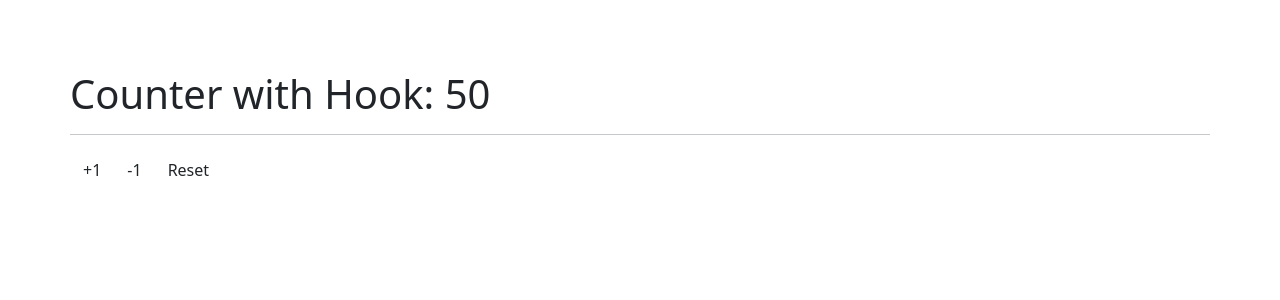
Repository: FlamesAlejandro/practicaReact
Page: /
An editor plug-in stored every save of this project. The page is shown before and after a run of saves, followed by the edit.
The browser window is 1280 px wide. The pictures show the whole page.
The project was rebuilt for these pictures with package versions that can differ from the ones it lists, and the page was loaded fresh each time.

Above is the page before, as saved 2021-05-25 07:49:26.

### public/index.html
<!DOCTYPE html>
<html lang="en">
  <head>
    <meta charset="utf-8" />
    <link rel="icon" href="%PUBLIC_URL%/favicon.ico" />
    <meta name="viewport" content="width=device-width, initial-scale=1" />
    <meta name="theme-color" content="#000000" />
    <meta
      name="description"
      content="Web site created using create-react-app"
    />

    <!--
      manifest.json provides metadata used when your web app is installed on a
      user's mobile device or desktop. See https://developers.google.com/web/fundamentals/web-app-manifest/
    -->
    <link rel="manifest" href="%PUBLIC_URL%/manifest.json" />
    <!--
      Notice the use of %PUBLIC_URL% in the tags above.
      It will be replaced with the URL of the `public` folder during the build.
      Only files inside the `public` folder can be referenced from the HTML.

      Unlike "/favicon.ico" or "favicon.ico", "%PUBLIC_URL%/favicon.ico" will
      work correctly both with client-side routing and a non-root public URL.
      Learn how to configure a non-root public URL by running `npm run build`.
    -->
       <!-- CSS only -->
<link href="https://cdn.jsdelivr.net/npm/bootstrap@5.0.1/dist/css/bootstrap.min.css" rel="stylesheet" integrity="sha384-+0n0xVW2eSR5OomGNYDnhzAbDsOXxcvSN1TPprVMTNDbiYZCxYbOOl7+AMvyTG2x" crossorigin="anonymous"></link>

    <title>Hooks App</title>
  </head>
  <body>
    <noscript>You need to enable JavaScript to run this app.</noscript>
    <div id="root"></div>
    <!--
      This HTML file is a template.
      If you open it directly in the browser, you will see an empty page.

      You can add webfonts, meta tags, or analytics to this file.
      The build step will place the bundled scripts into the <body> tag.

      To begin the development, run `npm start` or `yarn start`.
      To create a production bundle, use `npm run build` or `yarn build`.
    -->
  </body>
</html>

### src/index.js
import React from 'react';
import ReactDOM from 'react-dom';
// import { CounterApp } from './components/01-useState/CounterApp';
import { CounterWithCustomHook } from './components/01-useState/CounterWithCustomHook';
// import { HookApp } from './HookApp';

ReactDOM.render(

    <CounterWithCustomHook />,

  document.getElementById('root')
);

### src/components/01-useState/CounterWithCustomHook.js
import React from 'react';
import { useCounterM } from '../../hooks/useCounterM';
import './counter.css';

export const CounterWithCustomHook = () => {

    const { state, increment, decrement, reset} = useCounterM(50);

    return (
        <>
            <h1>Counter with Hook: { state }</h1>
            <hr />

            <button onClick={ () => increment(2) } className="btn"> +1 </button>
            <button onClick={ () => decrement(2) } className="btn"> -1 </button>
            <button onClick={ reset } className="btn"> Reset </button>

        </>
    )
}

### src/hooks/useCounterM.js
import { useState } from 'react';

export const useCounterM = (initialState = 10) => {

    const [state, setState] = useState(initialState)

    const increment = ( factor = 1 ) => {
        setState( state + factor );
    }

    const decrement = ( factor = 1 ) => {
        setState( state - factor );
    }

    const reset = () => {
        setState( initialState );
    }

    return {
        state,
        increment,
        decrement,
        reset
    };


}

### src/components/useEffect/simpleForm.js
import React from 'react'
import './effect.css'

export const SimpleForm = () => {
    return (
        <>
            <h1>useEffect</h1>
            <hr />

        </>
    )
}

Loaded but not shown: src/components/01-useState/counter.css (common file); src/components/useEffect/effect.css (common file)

After the next 3 saves:
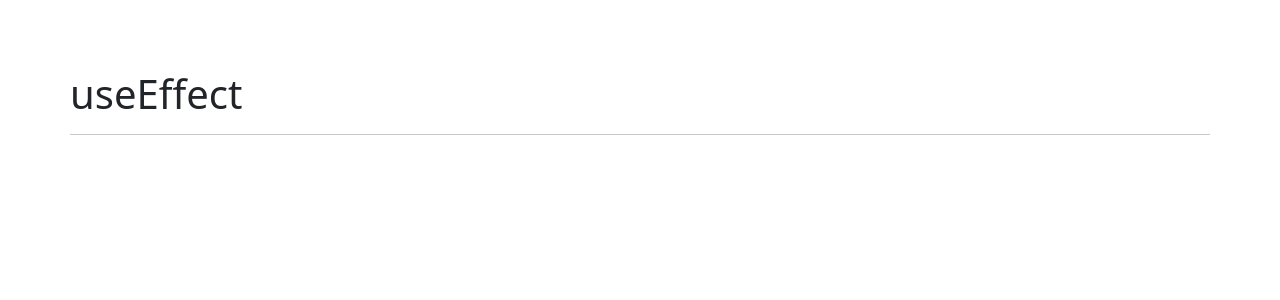
The 3 saves are shown as one change because 2 did not build or start.
The last was saved 12 s later.
--- a/src/index.js
+++ b/src/index.js
@@ -1,12 +1,13 @@
 import React from 'react';
 import ReactDOM from 'react-dom';
+import { SimpleForm } from './components/useEffect/simpleForm';
 // import { CounterApp } from './components/01-useState/CounterApp';
-import { CounterWithCustomHook } from './components/01-useState/CounterWithCustomHook';
+// import { CounterWithCustomHook } from './components/01-useState/CounterWithCustomHook';
 // import { HookApp } from './HookApp';
 
 ReactDOM.render(
 
-    <CounterWithCustomHook />,
+    <SimpleForm />,
 
   document.getElementById('root')
 );
